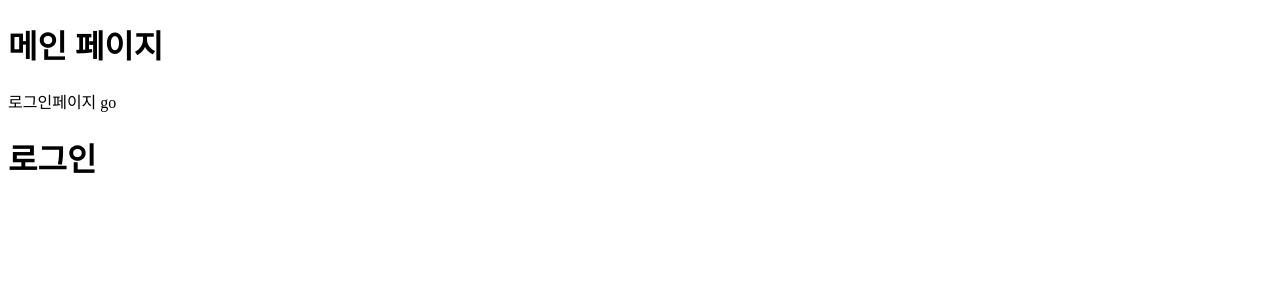
Repository: SeungwanHong/Web-jsp-
Page: http://localhost/Board2_20170406/main.jsp
The author's editor kept a copy of each file at every save. The page is drawn from the files as they stood at one save, then again after the next save.
The browser window is 1280 px wide. The pictures show the whole page.
The page is served by Tomcat 9. Other server files are loaded and not shown.

Above is the page before, as saved 2017-04-06 05:40:49.

### Board2_20170406/WebContent/main.jsp
<%@page import="hsw.vo.user.LoginVo"%>
<%@ page language="java" contentType="text/html; charset=EUC-KR"
    pageEncoding="EUC-KR"%>
<!DOCTYPE html PUBLIC "-//W3C//DTD HTML 4.01 Transitional//EN" "http://www.w3.org/TR/html4/loose.dtd">
<html>
<head>
<meta http-equiv="Content-Type" content="text/html; charset=EUC-KR">
<title>main page</title>
</head>
<body>
<h1>메인 페이지</h1>
로그인페이지 go
<% LoginVo loginVo = (LoginVo)session.getAttribute("LOGIN"); %>
	<% if(loginVo == null){ %>
	<h1>로그인</h1>
	<%}else{ %>
	<h1>보드</h1>
	<%} %>
</body>
</html>

After the next save:
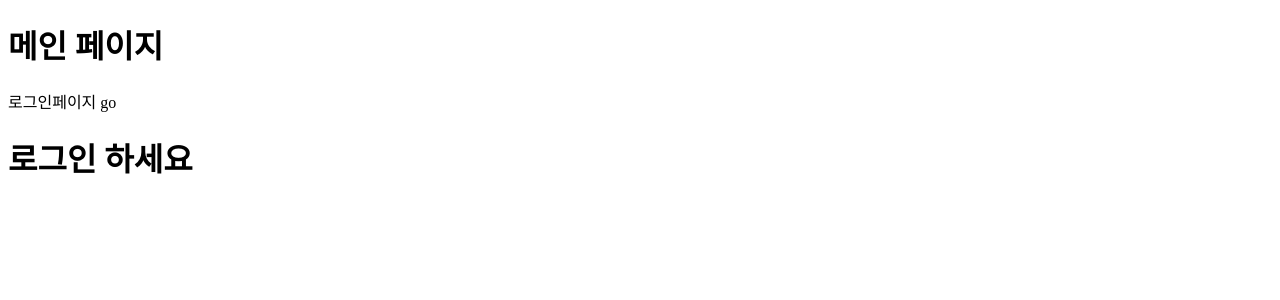
Saved 3 min 50 s later.
--- a/Board2_20170406/WebContent/main.jsp
+++ b/Board2_20170406/WebContent/main.jsp
@@ -12,7 +12,7 @@
 로그인페이지 go
 <% LoginVo loginVo = (LoginVo)session.getAttribute("LOGIN"); %>
 	<% if(loginVo == null){ %>
-	<h1>로그인</h1>
+	<h1>로그인 하세요</h1>
 	<%}else{ %>
 	<h1>보드</h1>
 	<%} %>
